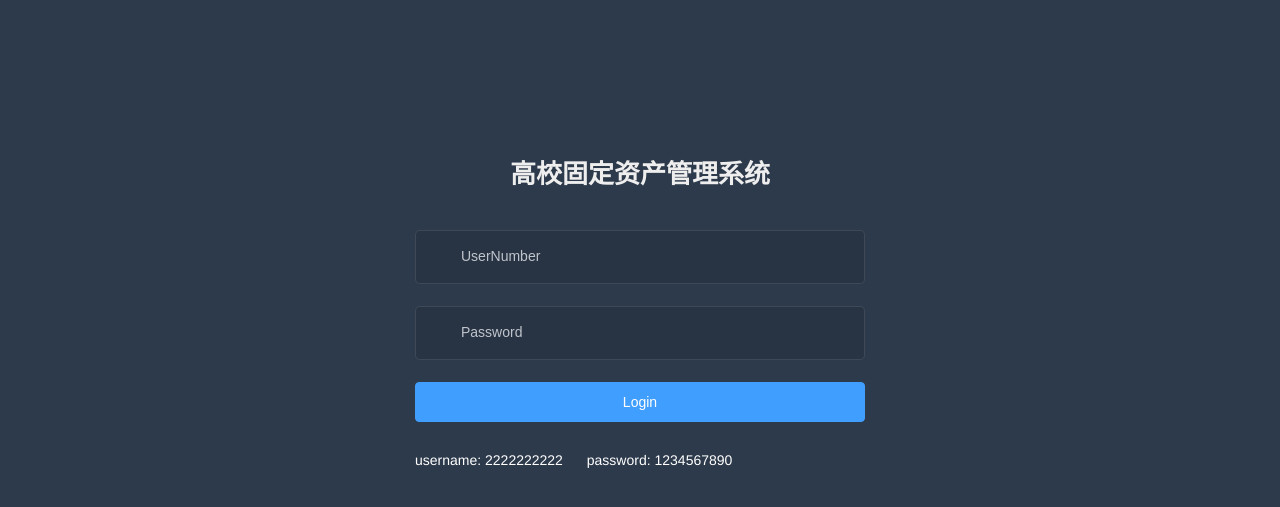
Repository: LoserFeng/SFAMS_front
Page: /
The author's editor kept a copy of each file at every save. The page is drawn from the files as they stood at one save, then again after the next save.
The browser window is 1280 px wide. The pictures show the whole page.
The project was rebuilt for these pictures with package versions that can differ from the ones it lists, and the page was loaded fresh each time. Also part of the build but not shown: vue.config.js, src/components/Breadcrumb/index.vue, src/components/Hamburger/index.vue, src/layout/components/Navbar.vue, src/layout/components/Sidebar/Logo.vue, src/layout/components/Sidebar/Item.vue, src/layout/components/Sidebar/Link.vue, src/layout/components/Sidebar/FixiOSBug.js and 7 more. Imported but missing from the stored project, and not drawn on this page: src/api/user.

Above is the page before, as saved 2023-09-25 21:26:00.

### src/styles/index.scss
@import './variables.scss';
@import './mixin.scss';
@import './transition.scss';
@import './element-ui.scss';
@import './sidebar.scss';

body {
  height: 100%;
  -moz-osx-font-smoothing: grayscale;
  -webkit-font-smoothing: antialiased;
  text-rendering: optimizeLegibility;
  font-family: Helvetica Neue, Helvetica, PingFang SC, Hiragino Sans GB, Microsoft YaHei, Arial, sans-serif;
}

label {
  font-weight: 700;
}

html {
  height: 100%;
  box-sizing: border-box;
}

#app {
  height: 100%;
}

*,
*:before,
*:after {
  box-sizing: inherit;
}

a:focus,
a:active {
  outline: none;
}

a,
a:focus,
a:hover {
  cursor: pointer;
  color: inherit;
  text-decoration: none;
}

div:focus {
  outline: none;
}

.clearfix {
  &:after {
    visibility: hidden;
    display: block;
    font-size: 0;
    content: " ";
    clear: both;
    height: 0;
  }
}

// main-container global css
.app-container {
  padding: 20px;
}

### src/permission.js
import router from './router'
import store from './store'
import { Message } from 'element-ui'
import NProgress from 'nprogress' // progress bar
import 'nprogress/nprogress.css' // progress bar style
import { getToken } from '@/utils/auth' // get token from cookie
import getPageTitle from '@/utils/get-page-title'

NProgress.configure({ showSpinner: false }) // NProgress Configuration

const whiteList = ['/login'] // no redirect whitelist

router.beforeEach(async(to, from, next) => {
  // start progress bar
  NProgress.start()

  // set page title
  document.title = getPageTitle(to.meta.title)

  // determine whether the user has logged in
  const hasToken = getToken()

  if (hasToken) {
    if (to.path === '/login') {
      // if is logged in, redirect to the home page
      next({ path: '/' })
      NProgress.done()
    } else {
      const hasGetUserInfo = store.getters.name
      if (hasGetUserInfo) {
        next()
      } else {
        try {
          // get user info
          await store.dispatch('user/getInfo')

          next()
        } catch (error) {
          // remove token and go to login page to re-login
          await store.dispatch('user/resetToken')
          Message.error(error || 'Has Error')
          next(`/login?redirect=${to.path}`)
          NProgress.done()
        }
      }
    }
  } else {
    /* has no token*/

    if (whiteList.indexOf(to.path) !== -1) {
      // in the free login whitelist, go directly
      next()
    } else {
      // other pages that do not have permission to access are redirected to the login page.
      next(`/login?redirect=${to.path}`)
      NProgress.done()
    }
  }
})

router.afterEach(() => {
  // finish progress bar
  NProgress.done()
})

### src/styles/transition.scss
// global transition css

/* fade */
.fade-enter-active,
.fade-leave-active {
  transition: opacity 0.28s;
}

.fade-enter,
.fade-leave-active {
  opacity: 0;
}

/* fade-transform */
.fade-transform-leave-active,
.fade-transform-enter-active {
  transition: all .5s;
}

.fade-transform-enter {
  opacity: 0;
  transform: translateX(-30px);
}

.fade-transform-leave-to {
  opacity: 0;
  transform: translateX(30px);
}

/* breadcrumb transition */
.breadcrumb-enter-active,
.breadcrumb-leave-active {
  transition: all .5s;
}

.breadcrumb-enter,
.breadcrumb-leave-active {
  opacity: 0;
  transform: translateX(20px);
}

.breadcrumb-move {
  transition: all .5s;
}

.breadcrumb-leave-active {
  position: absolute;
}

### src/styles/sidebar.scss
#app {

  .main-container {
    min-height: 100%;
    transition: margin-left .28s;
    margin-left: $sideBarWidth;
    position: relative;
  }

  .sidebar-container {
    transition: width 0.28s;
    width: $sideBarWidth !important;
    background-color: $menuBg;
    height: 100%;
    position: fixed;
    font-size: 0px;
    top: 0;
    bottom: 0;
    left: 0;
    z-index: 1001;
    overflow: hidden;

    // reset element-ui css
    .horizontal-collapse-transition {
      transition: 0s width ease-in-out, 0s padding-left ease-in-out, 0s padding-right ease-in-out;
    }

    .scrollbar-wrapper {
      overflow-x: hidden !important;
    }

    .el-scrollbar__bar.is-vertical {
      right: 0px;
    }

    .el-scrollbar {
      height: 100%;
    }

    &.has-logo {
      .el-scrollbar {
        height: calc(100% - 50px);
      }
    }

    .is-horizontal {
      display: none;
    }

    a {
      display: inline-block;
      width: 100%;
      overflow: hidden;
    }

    .svg-icon {
      margin-right: 16px;
    }

    .sub-el-icon {
      margin-right: 12px;
      margin-left: -2px;
    }

    .el-menu {
      border: none;
      height: 100%;
      width: 100% !important;
    }

    // menu hover
    .submenu-title-noDropdown,
    .el-submenu__title {
      &:hover {
        background-color: $menuHover !important;
      }
    }

    .is-active>.el-submenu__title {
      color: $subMenuActiveText !important;
    }

    & .nest-menu .el-submenu>.el-submenu__title,
    & .el-submenu .el-menu-item {
      min-width: $sideBarWidth !important;
      background-color: $subMenuBg !important;

      &:hover {
        background-color: $subMenuHover !important;
      }
    }
  }

  .hideSidebar {
    .sidebar-container {
      width: 54px !important;
    }

    .main-container {
      margin-left: 54px;
    }

    .submenu-title-noDropdown {
      padding: 0 !important;
      position: relative;

      .el-tooltip {
        padding: 0 !important;

        .svg-icon {
          margin-left: 20px;
        }

        .sub-el-icon {
          margin-left: 19px;
        }
      }
    }

    .el-submenu {
      overflow: hidden;

      &>.el-submenu__title {
        padding: 0 !important;

        .svg-icon {
          margin-left: 20px;
        }

        .sub-el-icon {
          margin-left: 19px;
        }

        .el-submenu__icon-arrow {
          display: none;
        }
      }
    }

    .el-menu--collapse {
      .el-submenu {
        &>.el-submenu__title {
          &>span {
            height: 0;
            width: 0;
            overflow: hidden;
            visibility: hidden;
            display: inline-block;
          }
        }
      }
    }
  }

  .el-menu--collapse .el-menu .el-submenu {
    min-width: $sideBarWidth !important;
  }

  // mobile responsive
  .mobile {
    .main-container {
      margin-left: 0px;
    }

    .sidebar-container {
      transition: transform .28s;
      width: $sideBarWidth !important;
    }

    &.hideSidebar {
      .sidebar-container {
        pointer-events: none;
        transition-duration: 0.3s;
        transform: translate3d(-$sideBarWidth, 0, 0);
      }
    }
  }

  .withoutAnimation {

    .main-container,
    .sidebar-container {
      transition: none;
    }
  }
}

// when menu collapsed
.el-menu--vertical {
  &>.el-menu {
    .svg-icon {
      margin-right: 16px;
    }
    .sub-el-icon {
      margin-right: 12px;
      margin-left: -2px;
    }
  }

  .nest-menu .el-submenu>.el-submenu__title,
  .el-menu-item {
    &:hover {
      // you can use $subMenuHover
      background-color: $menuHover !important;
    }
  }

  // the scroll bar appears when the subMenu is too long
  >.el-menu--popup {
    max-height: 100vh;
    overflow-y: auto;

    &::-webkit-scrollbar-track-piece {
      background: #d3dce6;
    }

    &::-webkit-scrollbar {
      width: 6px;
    }

    &::-webkit-scrollbar-thumb {
      background: #99a9bf;
      border-radius: 20px;
    }
  }
}

### src/store/modules/app.js
import Cookies from 'js-cookie'

const state = {
  sidebar: {
    opened: Cookies.get('sidebarStatus') ? !!+Cookies.get('sidebarStatus') : true,
    withoutAnimation: false
  },
  device: 'desktop'
}

const mutations = {
  TOGGLE_SIDEBAR: state => {
    state.sidebar.opened = !state.sidebar.opened
    state.sidebar.withoutAnimation = false
    if (state.sidebar.opened) {
      Cookies.set('sidebarStatus', 1)
    } else {
      Cookies.set('sidebarStatus', 0)
    }
  },
  CLOSE_SIDEBAR: (state, withoutAnimation) => {
    Cookies.set('sidebarStatus', 0)
    state.sidebar.opened = false
    state.sidebar.withoutAnimation = withoutAnimation
  },
  TOGGLE_DEVICE: (state, device) => {
    state.device = device
  }
}

const actions = {
  toggleSideBar({ commit }) {
    commit('TOGGLE_SIDEBAR')
  },
  closeSideBar({ commit }, { withoutAnimation }) {
    commit('CLOSE_SIDEBAR', withoutAnimation)
  },
  toggleDevice({ commit }, device) {
    commit('TOGGLE_DEVICE', device)
  }
}

export default {
  namespaced: true,
  state,
  mutations,
  actions
}

### src/store/modules/user.js
import { login, logout, getInfo } from '@/api/user'
import { getToken, setToken, removeToken } from '@/utils/auth'
import { resetRouter } from '@/router'

const getDefaultState = () => {
  return {
    token: getToken(),
    name: '',
    avatar: ''
  }
}

const state = getDefaultState()

const mutations = {
  RESET_STATE: (state) => {
    Object.assign(state, getDefaultState())
  },
  SET_TOKEN: (state, token) => {
    state.token = token
  },
  SET_NAME: (state, name) => {
    state.name = name
  },
  SET_AVATAR: (state, avatar) => {
    state.avatar = avatar
  }
}

const actions = {
  // user login
  login({ commit }, userInfo) {
    const { username, password } = userInfo
    return new Promise((resolve, reject) => {
      login({ username: username.trim(), password: password }).then(response => {
        const { data } = response
        commit('SET_TOKEN', data.token)
        setToken(data.token)
        resolve()
      }).catch(error => {
        reject(error)
      })
    })
  },

  // get user info
  getInfo({ commit, state }) {
    return new Promise((resolve, reject) => {
      getInfo(state.token).then(response => {
        const { data } = response

        if (!data) {
          return reject('Verification failed, please Login again.')
        }

        const { name, avatar } = data

        commit('SET_NAME', name)
        commit('SET_AVATAR', avatar)
        resolve(data)
      }).catch(error => {
        reject(error)
      })
    })
  },

  // user logout
  logout({ commit, state }) {
    return new Promise((resolve, reject) => {
      logout(state.token).then(() => {
        removeToken() // must remove  token  first
        resetRouter()
        commit('RESET_STATE')
        resolve()
      }).catch(error => {
        reject(error)
      })
    })
  },

  // remove token
  resetToken({ commit }) {
    return new Promise(resolve => {
      removeToken() // must remove  token  first
      commit('RESET_STATE')
      resolve()
    })
  }
}

export default {
  namespaced: true,
  state,
  mutations,
  actions
}

### src/views/login/index.vue
<template>
  <div class="login-container">
    <el-form ref="loginForm" :model="loginForm" :rules="loginRules" class="login-form" auto-complete="on" label-position="left">

      <div class="title-container">
        <h3 class="title">高校固定资产管理系统</h3>
      </div>

      <el-form-item prop="userNumber">
        <span class="svg-container">
          <svg-icon icon-class="user" />
        </span>
        <el-input
          ref="userNumber"
          v-model="loginForm.userNumber"
          placeholder="UserNumber"
          name="userNumber"
          type="text"
          tabindex="1"
          auto-complete="on"
        />
      </el-form-item>

      <el-form-item prop="password">
        <span class="svg-container">
          <svg-icon icon-class="password" />
        </span>
        <el-input
          :key="passwordType"
          ref="password"
          v-model="loginForm.password"
          :type="passwordType"
          placeholder="Password"
          name="password"
          tabindex="2"
          auto-complete="on"
          @keyup.enter.native="handleLogin"
        />
        <span class="show-pwd" @click="showPwd">
          <svg-icon :icon-class="passwordType === 'password' ? 'eye' : 'eye-open'" />
        </span>
      </el-form-item>

      <el-button :loading="loading" type="primary" style="width:100%;margin-bottom:30px;" @click.native.prevent="handleLogin">Login</el-button>

      <div class="tips">
        <span style="margin-right:20px;">username: 2222222222</span>
        <span> password: 1234567890</span>
      </div>

    </el-form>
  </div>
</template>

<script>
import { validUserNumber } from '@/utils/validate'

export default {
  name: 'Login',
  data() {
    const validateUserNumber = (rule, value, callback) => {
      if (!validUserNumber(value)) {
        callback(new Error('Please enter the correct userNumber'))
      } else {
        callback()
      }
    }
    const validatePassword = (rule, value, callback) => {
      if (value.length < 6) {
        callback(new Error('The password can not be less than 6 digits'))
      } else {
        callback()
      }
    }
    return {
      loginForm: {
        userNumber: '',
        password: ''
      },
      loginRules: {
        userNumber: [{ required: true, trigger: 'blur', validator: validateUserNumber }],
        password: [{ required: true, trigger: 'blur', validator: validatePassword }]
      },
      loading: false,
      passwordType: 'password',
      redirect: undefined
    }
  },
  watch: {
    $route: {
      handler: function(route) {
        this.redirect = route.query && route.query.redirect
      },
      immediate: true
    }
  },
  methods: {
    showPwd() {
      if (this.passwordType === 'password') {
        this.passwordType = ''
      } else {
        this.passwordType = 'password'
      }
      this.$nextTick(() => {
        this.$refs.password.focus()
      })
    },
    handleLogin() {
      this.$refs.loginForm.validate(valid => {
        if (valid) {
          this.loading = true
          this.$store.dispatch('user/login', this.loginForm).then(() => {
            this.$router.push({ path: this.redirect || '/' })
            this.loading = false
          }).catch(() => {
            this.loading = false
          })
        } else {
          console.log('error submit!!')
          return false
        }
      })
    }
  }
}
</script>

<style lang="scss">
/* 修复input 背景不协调 和光标变色 */
/* Detail see https://github.com/PanJiaChen/vue-element-admin/pull/927 */

$bg:#283443;
$light_gray:#fff;
$cursor: #fff;

@supports (-webkit-mask: none) and (not (cater-color: $cursor)) {
  .login-container .el-input input {
    color: $cursor;
  }
}

/* reset element-ui css */
.login-container {
  .el-input {
    display: inline-block;
    height: 47px;
    width: 85%;

    input {
      background: transparent;
      border: 0px;
      -webkit-appearance: none;
      border-radius: 0px;
      padding: 12px 5px 12px 15px;
      color: $light_gray;
      height: 47px;
      caret-color: $cursor;

      &:-webkit-autofill {
        box-shadow: 0 0 0px 1000px $bg inset !important;
        -webkit-text-fill-color: $cursor !important;
      }
    }
  }

  .el-form-item {
    border: 1px solid rgba(255, 255, 255, 0.1);
    background: rgba(0, 0, 0, 0.1);
    border-radius: 5px;
    color: #454545;
  }
}
</style>

<style lang="scss" scoped>
$bg:#2d3a4b;
$dark_gray:#889aa4;
$light_gray:#eee;

.login-container {
  min-height: 100%;
  width: 100%;
  background-color: $bg;
  overflow: hidden;

  .login-form {
    position: relative;
    width: 520px;
    max-width: 100%;
    padding: 160px 35px 0;
    margin: 0 auto;
    overflow: hidden;
  }

  .tips {
    font-size: 14px;
    color: #fff;
    margin-bottom: 10px;

    span {
      &:first-of-type {
        margin-right: 16px;
      }
    }
  }

  .svg-container {
    padding: 6px 5px 6px 15px;
    color: $dark_gray;
    vertical-align: middle;
    width: 30px;
    display: inline-block;
  }

  .title-container {
    position: relative;

    .title {
      font-size: 26px;
      color: $light_gray;
      margin: 0px auto 40px auto;
      text-align: center;
      font-weight: bold;
    }
  }

  .show-pwd {
    position: absolute;
    right: 10px;
    top: 7px;
    font-size: 16px;
    color: $dark_gray;
    cursor: pointer;
    user-select: none;
  }
}
</style>

### src/components/SvgIcon/index.vue
<template>
  <div v-if="isExternal" :style="styleExternalIcon" class="svg-external-icon svg-icon" v-on="$listeners" />
  <svg v-else :class="svgClass" aria-hidden="true" v-on="$listeners">
    <use :xlink:href="iconName" />
  </svg>
</template>

<script>
// doc: https://panjiachen.github.io/vue-element-admin-site/feature/component/svg-icon.html#usage
import { isExternal } from '@/utils/validate'

export default {
  name: 'SvgIcon',
  props: {
    iconClass: {
      type: String,
      required: true
    },
    className: {
      type: String,
      default: ''
    }
  },
  computed: {
    isExternal() {
      return isExternal(this.iconClass)
    },
    iconName() {
      return `#icon-${this.iconClass}`
    },
    svgClass() {
      if (this.className) {
        return 'svg-icon ' + this.className
      } else {
        return 'svg-icon'
      }
    },
    styleExternalIcon() {
      return {
        mask: `url(${this.iconClass}) no-repeat 50% 50%`,
        '-webkit-mask': `url(${this.iconClass}) no-repeat 50% 50%`
      }
    }
  }
}
</script>

<style scoped>
.svg-icon {
  width: 1em;
  height: 1em;
  vertical-align: -0.15em;
  fill: currentColor;
  overflow: hidden;
}

.svg-external-icon {
  background-color: currentColor;
  mask-size: cover!important;
  display: inline-block;
}
</style>

### src/utils/validate.js
/**
 * Created by PanJiaChen on 16/11/18.
 */

/**
 * @param {string} path
 * @returns {Boolean}
 */
export function isExternal(path) {
  return /^(https?:|mailto:|tel:)/.test(path)
}

/**
 * @param {string} str
 * @returns {Boolean}
 */
export function validUsername(str) {
  const valid_map = ['admin', 'editor']
  return valid_map.indexOf(str.trim()) >= 0
}

export function validUserNumber(str) {
  return str.length === 9
}

Loaded but not shown: public/index.html (common file); src/main.js (common file); src/App.vue (common file); src/store/index.js (common file); src/router/index.js (common file); src/icons/index.js (common file); src/styles/mixin.scss (common file); src/styles/element-ui.scss (common file); src/store/getters.js (common file); src/store/modules/settings.js (common file); src/utils/auth.js (common file); src/utils/get-page-title.js (common file); src/settings.js (common file)

After the next save:
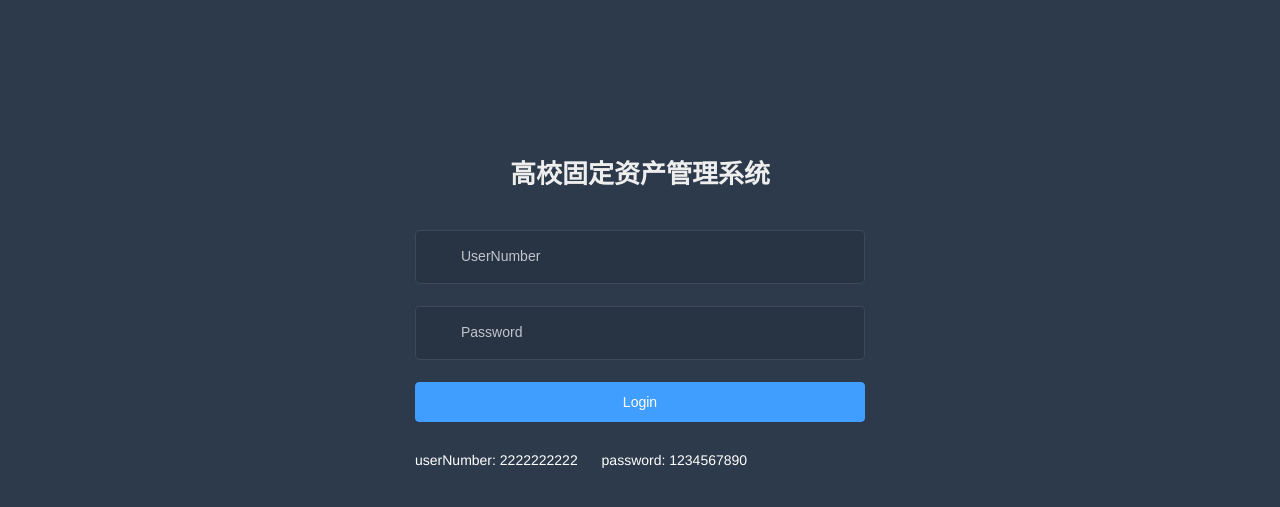
Saved 21 s later.
--- a/src/views/login/index.vue
+++ b/src/views/login/index.vue
@@ -44,7 +44,7 @@
       <el-button :loading="loading" type="primary" style="width:100%;margin-bottom:30px;" @click.native.prevent="handleLogin">Login</el-button>
 
       <div class="tips">
-        <span style="margin-right:20px;">username: 2222222222</span>
+        <span style="margin-right:20px;">userNumber: 2222222222</span>
         <span> password: 1234567890</span>
       </div>
 
